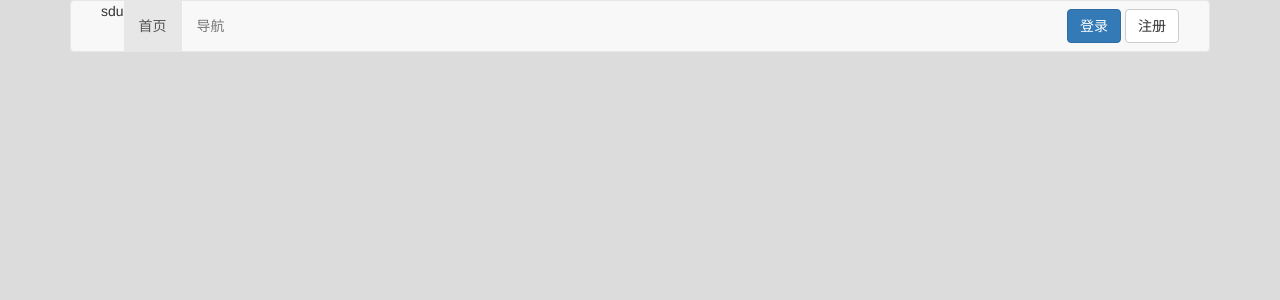
Repository: hhjswhh/JavaEE-experience
Page: http://localhost/SDUMap/Navbar.jsp
The author's editor kept a copy of each file at every save. The page is drawn from the files as they stood at one save, then again after the next save.
The browser window is 1280 px wide. The pictures show the whole page.
The page is served by Tomcat 9. Other server files are loaded and not shown.

Above is the page before, as saved 2017-05-03 11:56:23.

### SDUMap/WebRoot/Navbar.jsp
<%@ page language="java" import="java.util.*" pageEncoding="UTF-8"%>
<%
String path = request.getContextPath();
String basePath = request.getScheme()+"://"+request.getServerName()+":"+request.getServerPort()+path+"/";
%>

<!DOCTYPE HTML PUBLIC "-//W3C//DTD HTML 4.01 Transitional//EN">
<html>
  <head>
    <base href="<%=basePath%>">

    <title>My JSP 'Navbar.jsp' starting page</title>

	<meta http-equiv="pragma" content="no-cache">
	<meta http-equiv="cache-control" content="no-cache">
	<meta http-equiv="expires" content="0">
	<meta http-equiv="keywords" content="keyword1,keyword2,keyword3">
	<meta http-equiv="description" content="This is my navbar">
	<link rel="stylesheet" type="text/css" href="bootstrap.min.css">

  </head>

  <body style="height:100%;background-color: gainsboro;">
		<div class="container">
		<nav class="navbar navbar-default">
				<div class="container-fluid">
					<!-- Collect the nav links, forms, and other content for toggling -->
					<div class="collapse navbar-collapse" id="bs-example-navbar-collapse-1">
						<div class="nav navbar-nav" >
							sdu
						</div>
						<ul class="nav navbar-nav">
							<li class="active">
								<a href="index.jsp">首页<span class="sr-only">(current)</span></a>
							</li>
							<li class="navbar-right">
								<a href="#">导航</a>
							</li>

						</ul>
						<div class="navbar-form navbar-right">
							<a class="btn btn-primary" href="Login.html">登录</a>
							<a class="btn btn-default" href="Register.html">注册</a>
						</div>
					</div>
				</div>
			</nav>

	</div>
	</body>

</html>

Loaded but not shown: SDUMap/WebRoot/bootstrap.min.css (library)

After the next save:
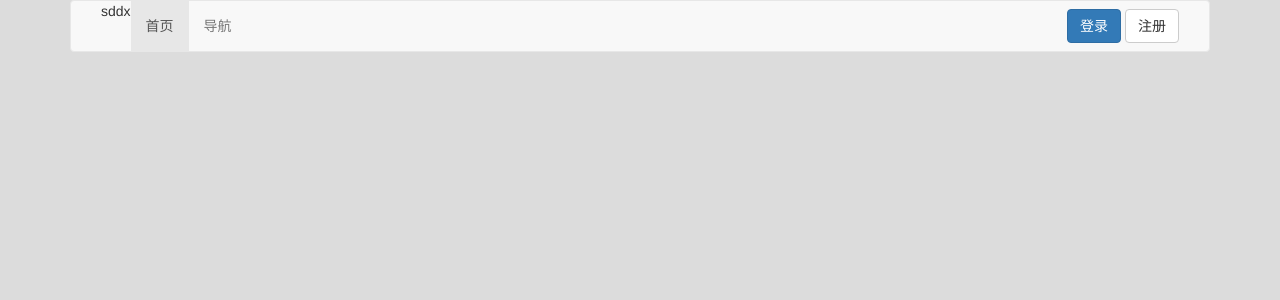
Saved 70 s later.
--- a/SDUMap/WebRoot/Navbar.jsp
+++ b/SDUMap/WebRoot/Navbar.jsp
@@ -26,10 +26,10 @@ String basePath = request.getScheme()+"://"+request.getServerName()+":"+request.
 				<div class="container-fluid">
 					<!-- Collect the nav links, forms, and other content for toggling -->
 					<div class="collapse navbar-collapse" id="bs-example-navbar-collapse-1">
-						<div class="nav navbar-nav" >
-							sdu
-						</div>
 						<ul class="nav navbar-nav">
+							<li>
+								<p>sddx</p>
+							</li>
 							<li class="active">
 								<a href="index.jsp">首页<span class="sr-only">(current)</span></a>
 							</li>
